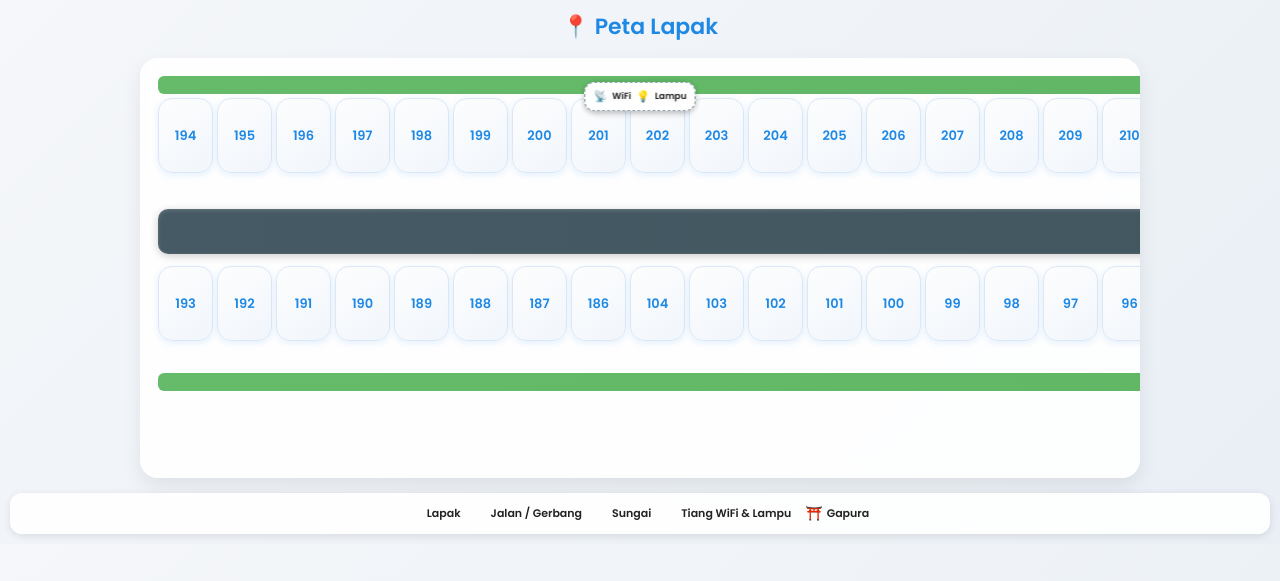
Repository: pasarrakyatbak/denah
Page: index.html
An editor plug-in stored every save of this project. The page is shown before and after a run of saves, followed by the edit.
The browser window is 1280 px wide. The pictures show the whole page.

Above is the page before, as saved 2025-09-19 20:01:37.

After the next 2 saves:
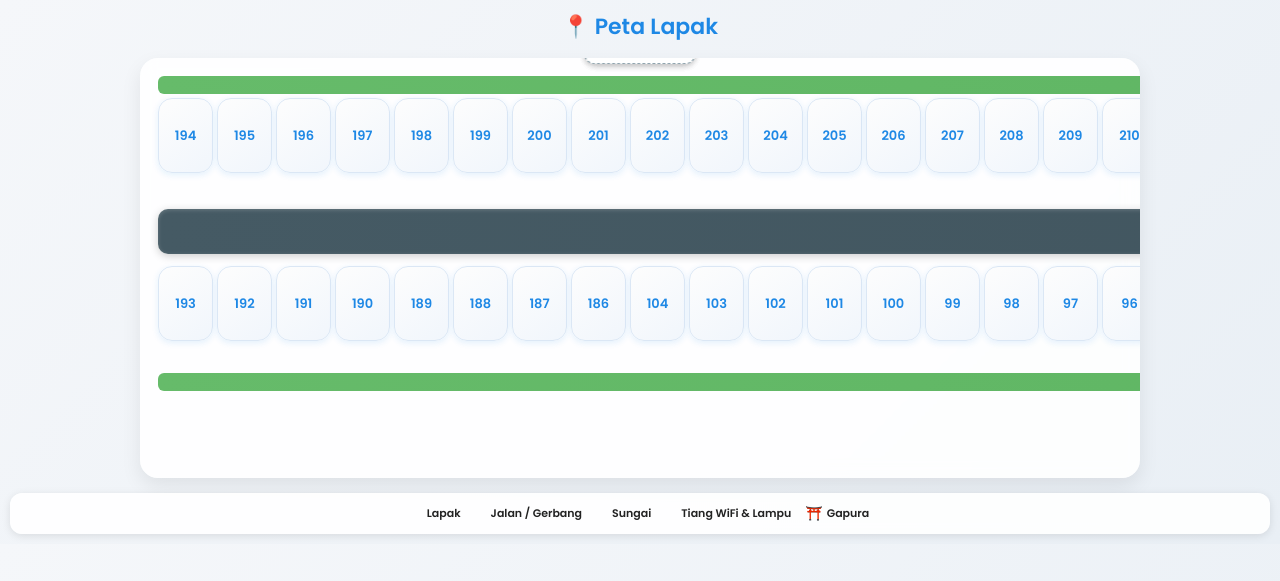
The 2 saves are shown as one change because they came seconds apart.
The last was saved 103 s later.
--- a/style.css
+++ b/style.css
@@ -160,11 +160,13 @@ h1 {
 
 /* Tiang WiFi + Lampu */
 .tiang-container {
-    position: fixed;
-    /*! bottom: 50%; */
-    top: 5%;
+    position: absolute;
+    /* relatif ke rumput-wrapper */
+    bottom: 100%;
+    /* pas di atas rumput */
     left: 50%;
-    transform: translateX(-50%) translateY(3px);
+    /* tengah */
+    transform: translateX(-50%) translateY(6px);
     min-width: 72px;
     padding: 5px 8px;
     background: rgba(255, 255, 255, 0.9);
@@ -179,6 +181,7 @@ h1 {
     color: #37474f;
     box-shadow: 0 2px 6px rgba(0, 0, 0, 0.1);
     backdrop-filter: blur(4px);
+    z-index: 10;
 }
 
 .tiang-label {
